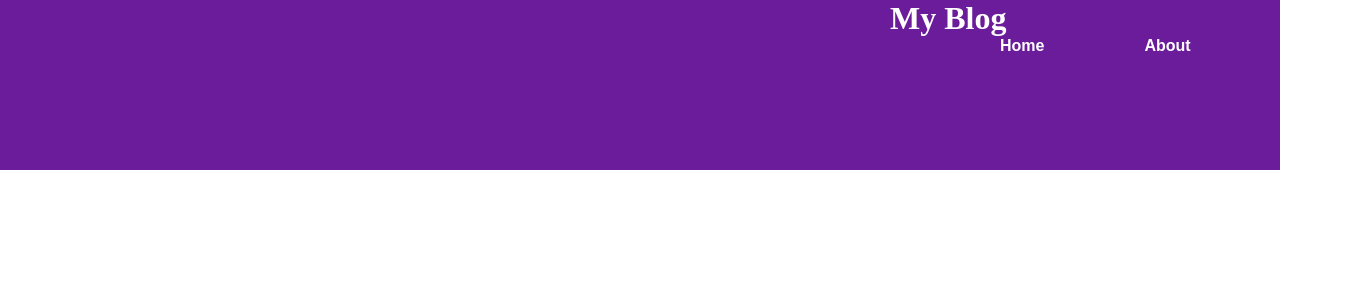
Repository: Femi007-gh/BLOG
Page: index.html
These files come from the project's save history. The page is drawn as it stood at one moment and after the next save; the edit follows.
The browser window is 1280 px wide. The page is 1350 px wide, then 1280 px, so the pictures cover 1350 px, including what lies to the right of the window. The pictures show the whole page.

Above is the page before, as saved 2025-01-08 07:11:34.

After the next save:
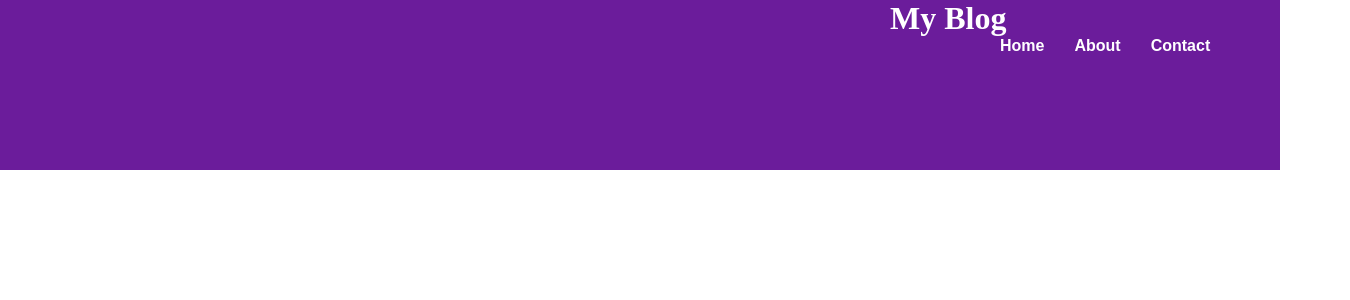
Saved 10 s later.
--- a/style.css
+++ b/style.css
@@ -32,7 +32,7 @@ nav ul {
   font-weight: bold;
   margin-left: 1000px;
   justify-content: space-evenly;
-  margin-right: -900px;
+  margin-right: -970px;
 }
 
 li a{
